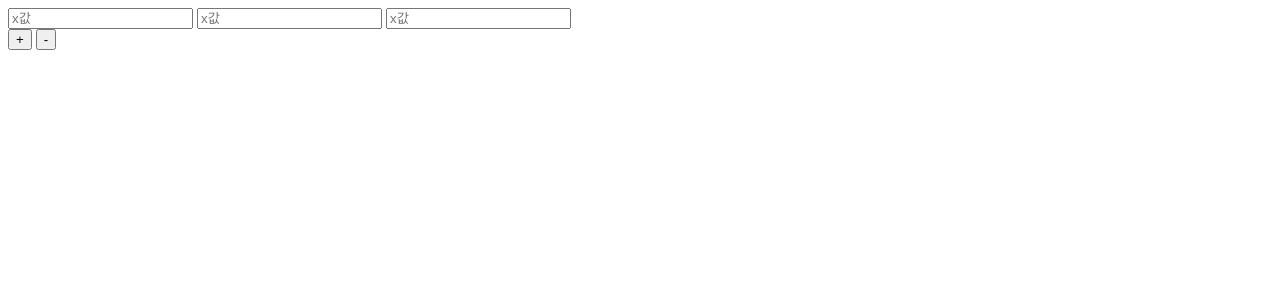
Repository: Hyun0000/JDBC_Jsp_Servelt_Newlec
Page: JSPProject/WebContent/add2.html
The author's editor kept a copy of each file at every save. The page is drawn from the files as they stood at one save, then again after the next save.
The browser window is 1280 px wide. The pictures show the whole page.

Above is the page before, as saved 2021-09-05 04:03:09.

After the next save:
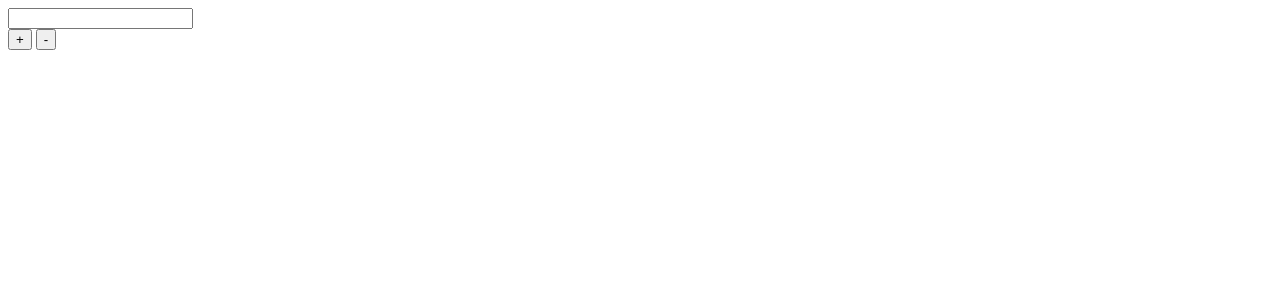
Saved 7 min 24 s later.
--- a/JSPProject/WebContent/add2.html
+++ b/JSPProject/WebContent/add2.html
@@ -9,9 +9,7 @@
 		<form action="add2" method = "post">
 
 			<div>
-				<input type="text" name = "x" placeholder="x값">
-				<input type="text" name = "x" placeholder="x값">
-				<input type="text" name = "x" placeholder="x값">
+				<input type="text" name = "num">
 			</div>
 
 			<div>
